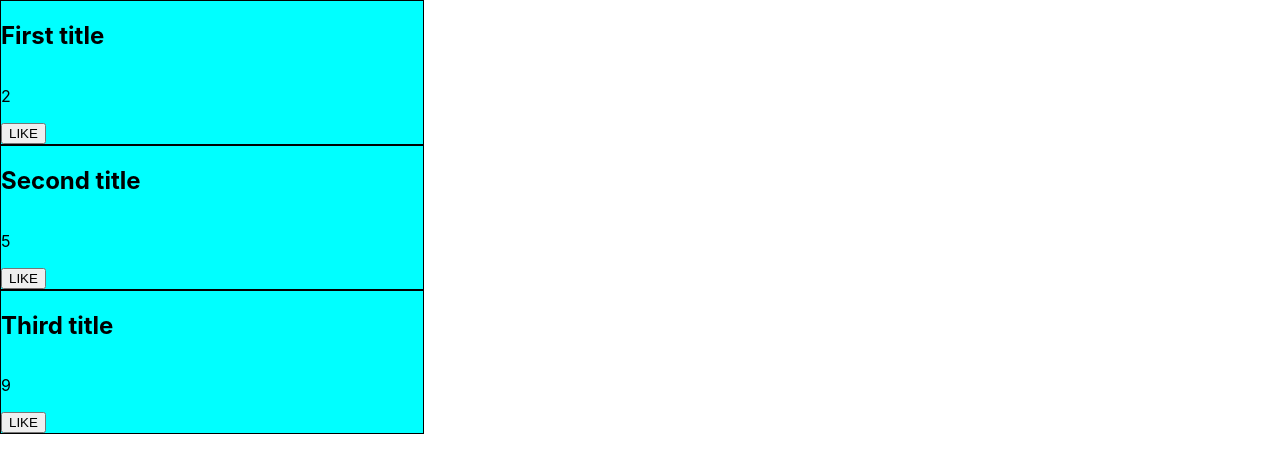
Repository: asapvtec98/egzamin
Page: /
An editor plug-in stored every save of this project. The page is shown before and after the next save, followed by the edit.
The browser window is 1280 px wide. The pictures show the whole page.
The project was rebuilt for these pictures with package versions that can differ from the ones it lists, and the page was loaded fresh each time.

Above is the page before, as saved 2023-11-14 09:56:13.

### src/App.js
import React from "react";
import Komentarz from "./components/Comment";
function App() {
  const comments = [
    {
      title: "First title",
      likes: 2
    },
    {
      title: "Second title",
      likes: 5
    },
    {
      title: "Third title",
      likes: 9
    }
  ]

  const displayComments = comments.map((comment) =>
      <div className="Comment">
        <Komentarz title={comment.title} likes={comment.likes}></Komentarz>
      </div>
  )

  return (
      <div className="center">
        {displayComments}
      </div>
  )
}

export default App;

### src/components/Comment.js
import React, { useState } from "react";
import "./Comment.css";

function Komentarz(props) {
    const [likes, setLike] = useState(false);
    const [count, setCount] = useState(parseInt(props.likes));
    const [show, setShow] = useState(true);

    const handleLikes = () => {
        if(!likes) {
            setLike(true);
            setCount(count + 1);
        } else {
            setLike(false);
            setCount(count - 1);
        }


    };

    return(
        <div className="comment">
            <h2>{props.title}</h2>
            <div>
                <div className="inline">
                    <p>{count}</p>
                </div>
                <div></div>
                <div className="inline">
                    <button type="button" onClick={() => {
                        setShow(!show)
                        handleLikes();
                    }}>{show === true ? 'LIKE' : 'DISLIKE'}</button>
                </div>
            </div>
        </div>
    )

}
export default Komentarz;

### src/components/Comment.css
.comment {
    border: 1px solid black;
    background-color:aqua;
    width: 33%;

}

.inline {
    display: inline-block;
}

Loaded but not shown: public/index.html (common file); src/index.js (common file); src/index.css (common file); src/reportWebVitals.js (common file)

After the next save:
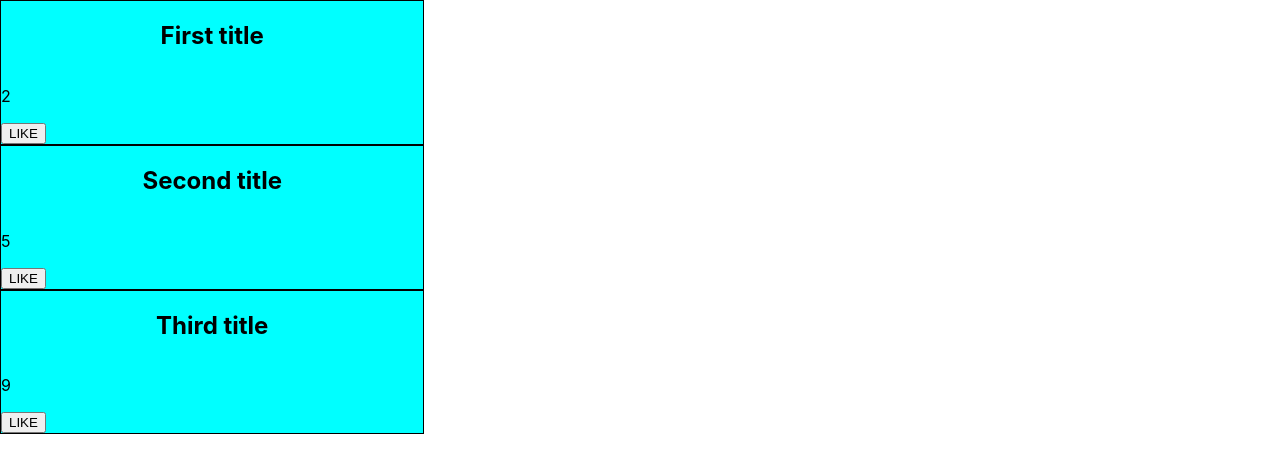
Saved 18 s later.
--- a/src/components/Comment.css
+++ b/src/components/Comment.css
@@ -5,6 +5,10 @@
 
 }
 
+h2 {
+    text-align: center;
+}
+
 .inline {
     display: inline-block;
 }

After the save that followed:
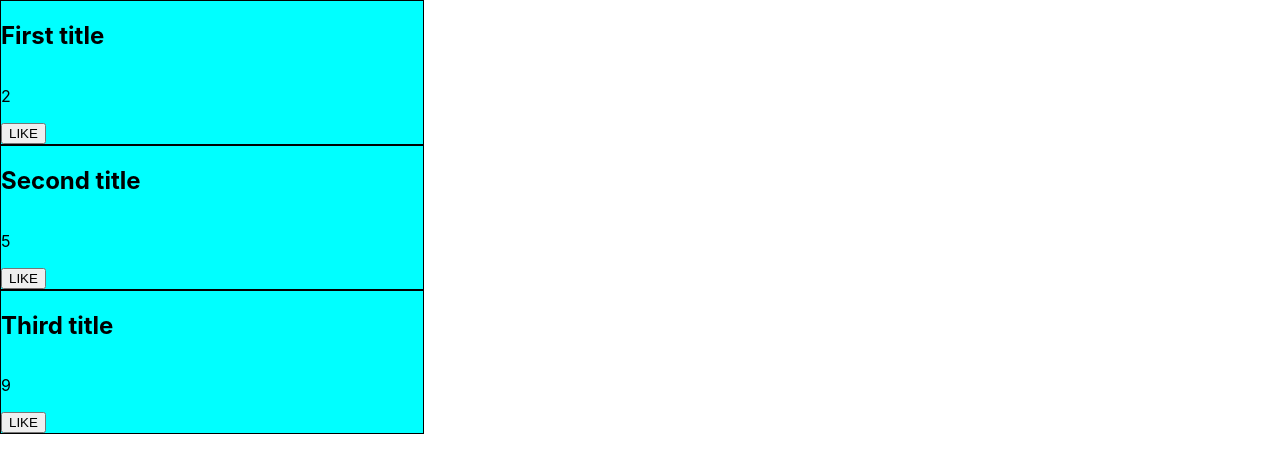
Saved 13 s later.
--- a/src/components/Comment.css
+++ b/src/components/Comment.css
@@ -5,9 +5,6 @@
 
 }
 
-h2 {
-    text-align: center;
-}
 
 .inline {
     display: inline-block;
